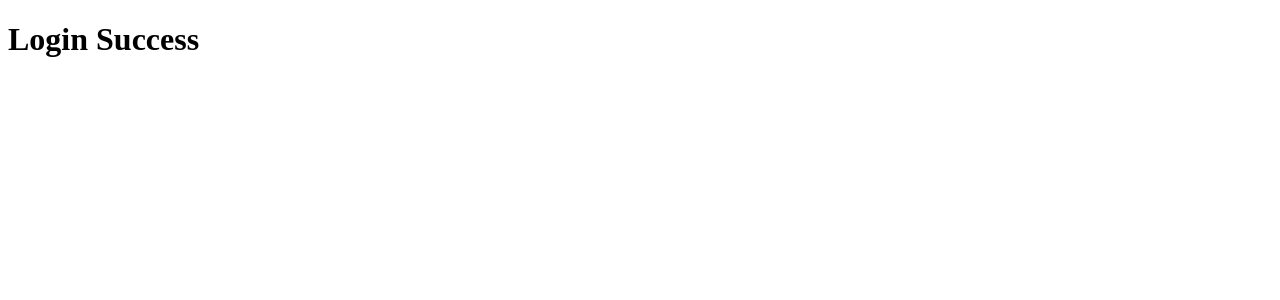
Repository: MaheshAwaji/JavaProjects
Page: http://localhost/servelet1/success.jsp
These files come from the project's save history. The page is drawn as it stood at one moment and after the next save; the edit follows.
The browser window is 1280 px wide. The pictures show the whole page.
The page is served by Tomcat 9. Other server files are loaded and not shown.

Above is the page before, as saved 2024-07-01 10:24:27.

### servelet1/src/main/webapp/success.jsp
<%@ page language="java" contentType="text/html; charset=ISO-8859-1"
	pageEncoding="ISO-8859-1"%>
<!DOCTYPE html>
<html>
<head>
<meta charset="ISO-8859-1">
<title>Insert title here</title>
</head>
<body>
	<h1>Login Success</h1>
</body>
</html>

After the next save:
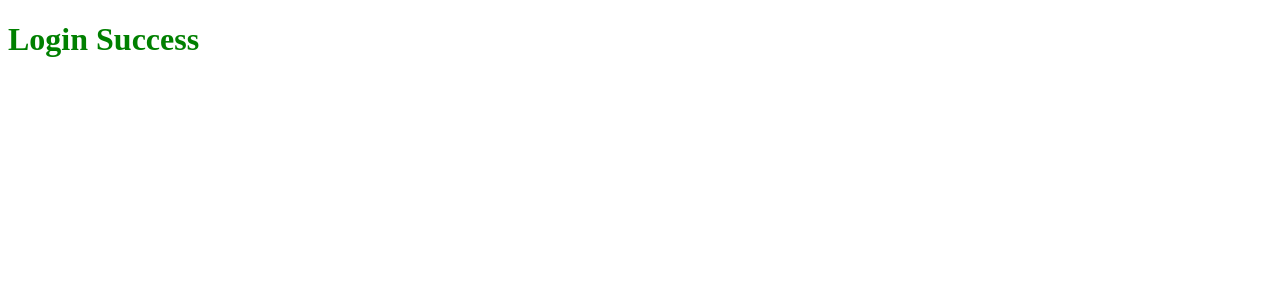
Saved 54 s later.
--- a/servelet1/src/main/webapp/success.jsp
+++ b/servelet1/src/main/webapp/success.jsp
@@ -7,6 +7,6 @@
 <title>Insert title here</title>
 </head>
 <body>
-	<h1>Login Success</h1>
+	<h1 style="color: green" >Login Success</h1>
 </body>
 </html>
